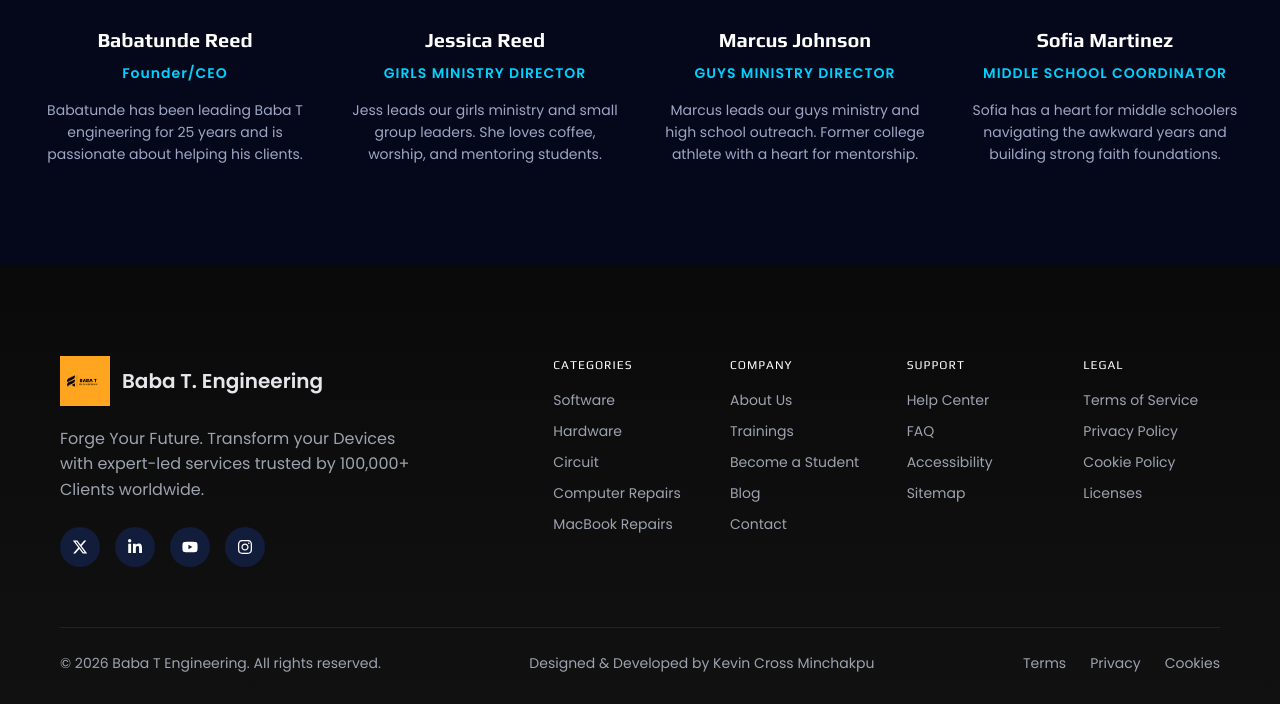
Repository: KC-Minchakpu/babatunde
Page: /about/team
These files come from the project's save history. The page is drawn as it stood at one moment and after the next save; the edit follows.
The browser window is 1280 px wide. The pictures show the part of the page from y = 1056 to 1760 px (the page is 1760 px tall).
The project was rebuilt for these pictures with package versions that can differ from the ones it lists, and the page was loaded fresh each time. The framework's server and built-in components were replaced by stand-ins that run in the browser. Also part of the build but not shown: next.config.ts.

Above is the page before, as saved 2026-02-20 18:24:12.

After the next save:
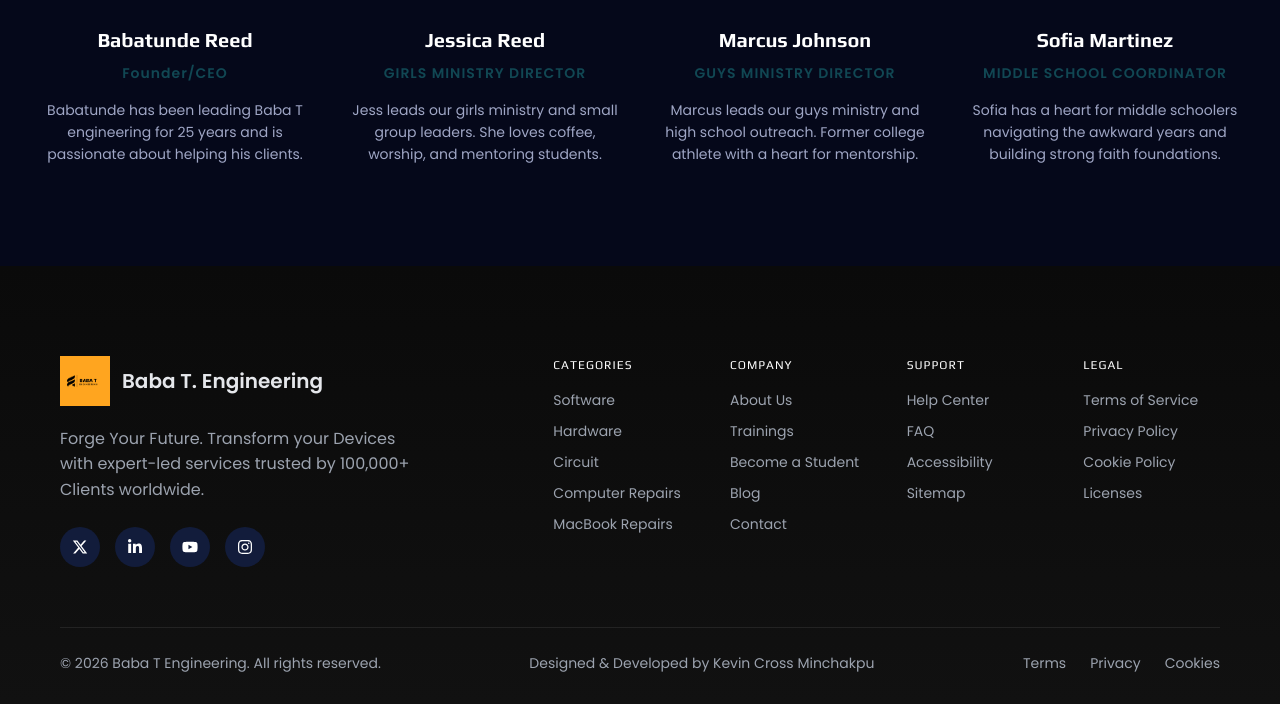
Saved 28 s later.
--- a/src/components/Team/TeamSection.module.css
+++ b/src/components/Team/TeamSection.module.css
@@ -73,7 +73,7 @@
 
 .role {
   font-size: 14px;
-  color: #00d1ff;
+  color: #114753;
   font-weight: 600;
   margin-bottom: 15px;
   letter-spacing: 1px;
